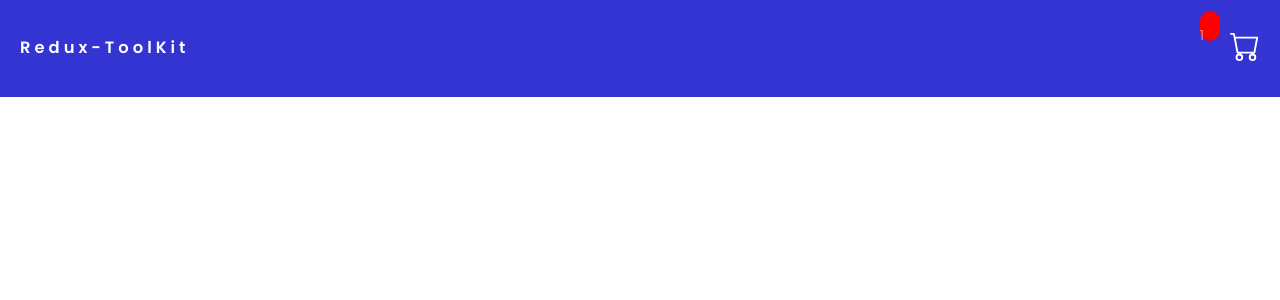
Repository: OmniaRafat232111121/shoppingCart
Page: /
The author's editor kept a copy of each file at every save. The page is drawn from the files as they stood at one save, then again after the next save.
The browser window is 1280 px wide. The pictures show the whole page.
The project was rebuilt for these pictures with package versions that can differ from the ones it lists, and the page was loaded fresh each time. Also part of the build but not shown: src/App.css.

Above is the page before, as saved 2023-02-07 01:55:59.

After the next save:
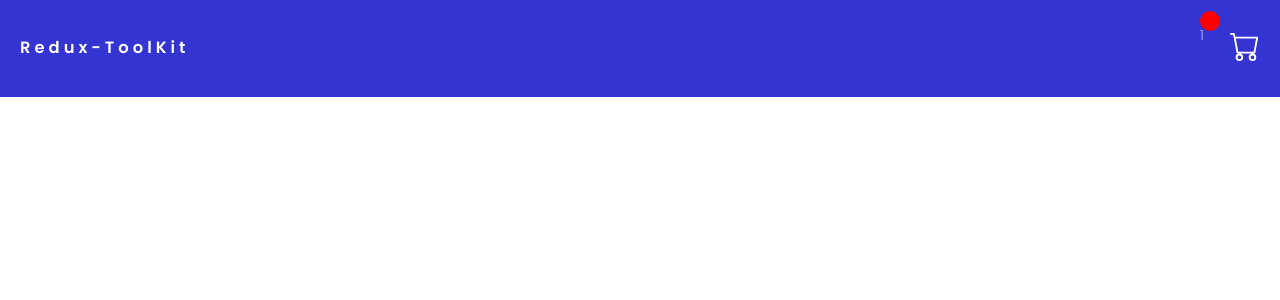
Saved 4 s later.
--- a/src/index.css
+++ b/src/index.css
@@ -35,5 +35,5 @@ nav{
   background-color: red;
   border-radius: 10px;
   width:20px;
-  height:30px;
+  height:20px;
 }
